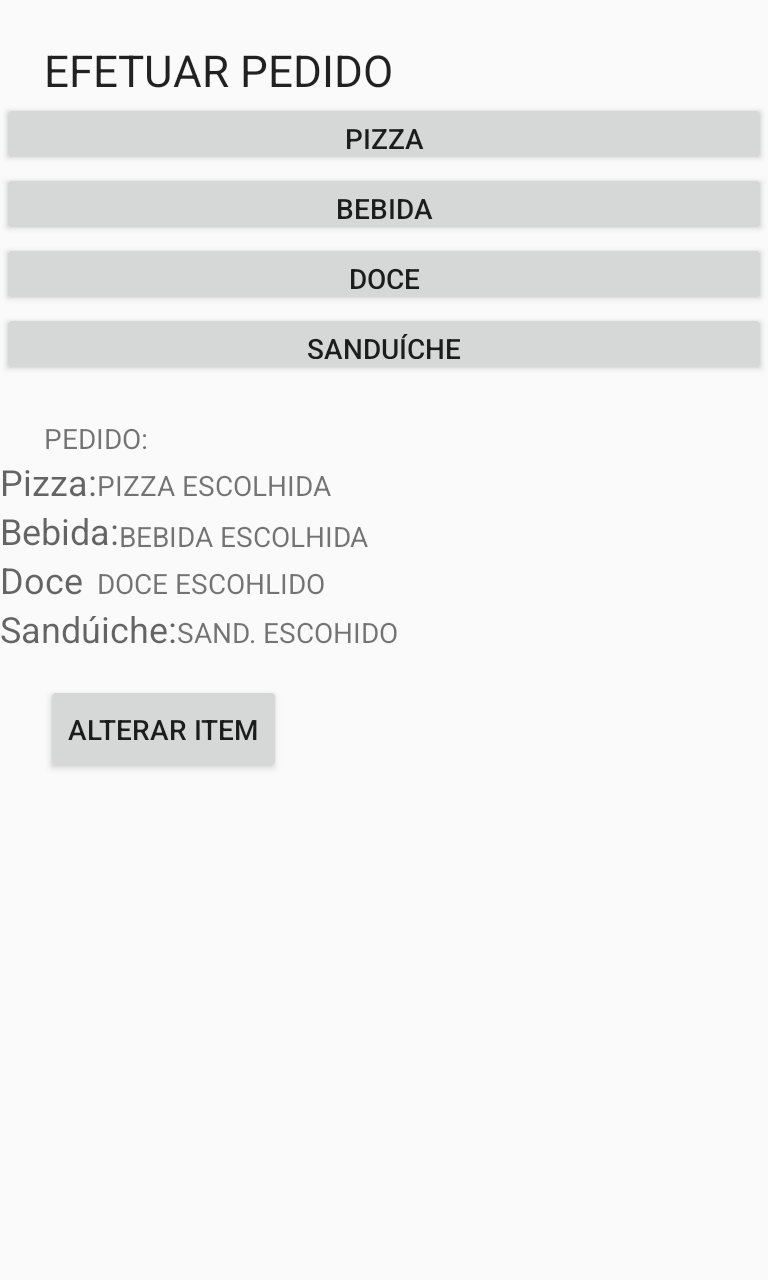
Repository: LucasSampaio/SysPizza-PSI
Layout: CodigoFonte/MOBILE/SysPizza/res/layout/activity_efetuar_pedidos.xml
An editor plug-in stored every save of this project. The layout is shown before and after the next save, followed by the edit.
It is drawn on a 768 x 1280 px phone screen (xhdpi) without system bars, with theme AppTheme; the app's code is not run.

Above is the layout before, as saved 2014-09-25 13:54:39.

After the next save:
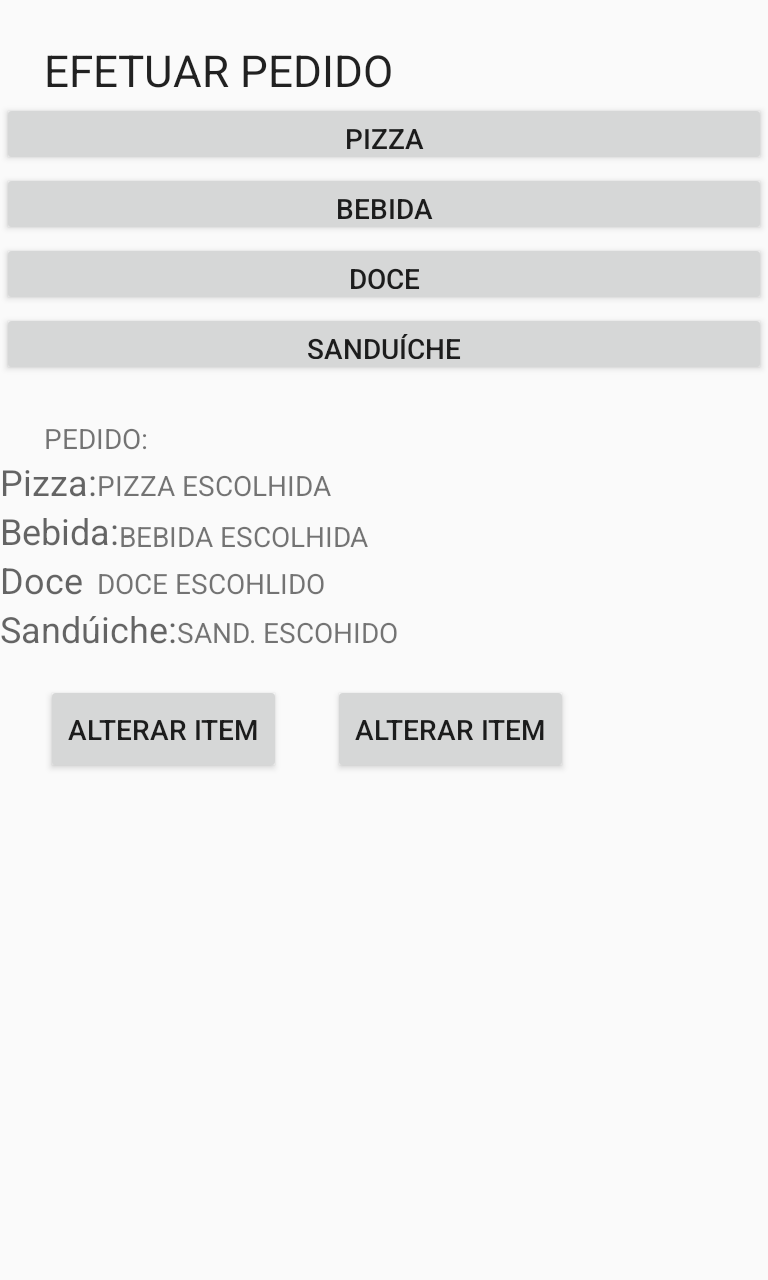
Saved 28 s later.
--- a/CodigoFonte/MOBILE/SysPizza/res/layout/activity_efetuar_pedidos.xml
+++ b/CodigoFonte/MOBILE/SysPizza/res/layout/activity_efetuar_pedidos.xml
@@ -135,4 +135,13 @@
         android:layout_marginTop="14dp"
         android:text="Alterar item" />
 
+    <Button
+        android:id="@+id/btFinalizarPedido"
+        android:layout_width="wrap_content"
+        android:layout_height="wrap_content"
+        android:layout_alignBaseline="@+id/btAlterarItem"
+        android:layout_alignBottom="@+id/btAlterarItem"
+        android:layout_toRightOf="@+id/tvPizzaPedida"
+        android:text="Alterar item" />
+
 </RelativeLayout>
